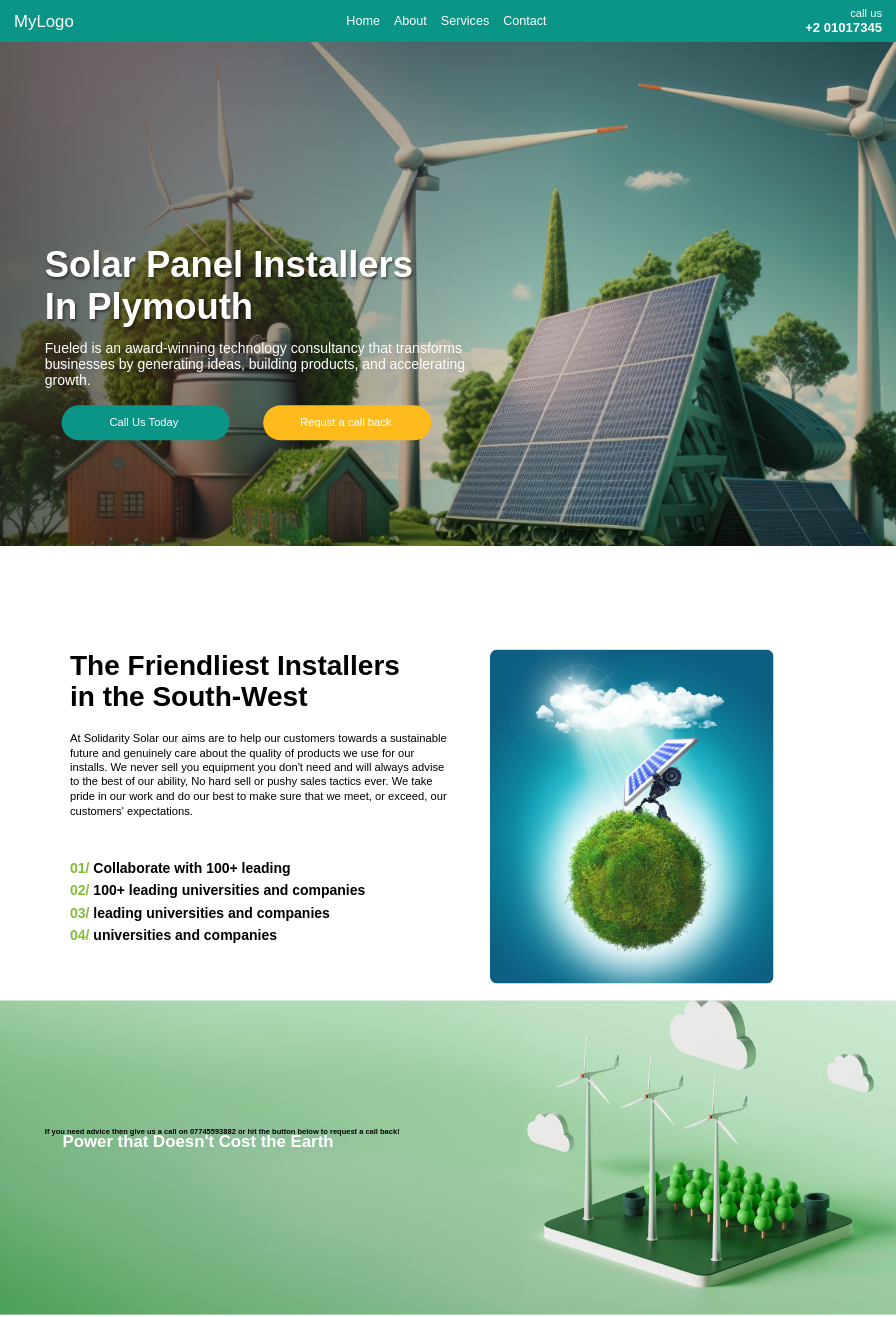
Repository: MaramNabil872/Landing-Page
Page: landingPage.html
The author's editor kept a copy of each file at every save. The page is drawn from the files as they stood at one save, then again after the next save.
The browser window is 1280 px wide. The pictures show the whole page, at 70% of full size.

Above is the page before, as saved 2024-10-20 21:39:54.

### landingPage.html
<!DOCTYPE html>
<html lang="en">
    <head>
        <meta charset="UTF-8" />
        <meta name="viewport" content="width=device-width, initial-scale=1.0" />
        <title>Landing Page</title>
        <link rel="stylesheet" href="landingPage.css" />
    </head>
    <body>
        <nav class="navbar">
            <div class="logo">MyLogo</div>

            <ul class="nav-links">
                <li><a href="#home">Home</a></li>
                <li><a href="#about">About</a></li>
                <li><a href="#services">Services</a></li>
                <li><a href="#contact">Contact</a></li>
            </ul>
            <div class="call">
                <p>call us</p>
                <h3>+2 01017345</h3>
            </div>
        </nav>

        <div class="image-container">
            <img
                src="images/solar-panels-meadow 1.png"
                alt="Background Image"
                class="background-image"
            />
            <div class="main-text">
                <h2 class="text-wallpaper">
                    Solar Panel Installers <br />
                    In Plymouth
                </h2>
                <br />
                <p class="text-paragraph">
                    Fueled is an award-winning technology consultancy that
                    transforms <br />
                    businesses by generating ideas, building products, and
                    accelerating<br />
                    growth.
                </p>
                <div class="button-container">
                    <button class="button-wallpaper1">Call Us Today</button>
                    <button class="button-wallpaper2">
                        Requst a call back
                    </button>
                </div>
            </div>
        </div>

        <!-- first container -->

        <div class="container1">
            <div class="text-container1">
                <p class="title-container1">
                    The Friendliest Installers <br />in the South-West
                </p>
                <p class="paragraph-container1">
                    At Solidarity Solar our aims are to help our customers
                    towards a sustainable future and genuinely care about the
                    quality of products we use for our installs. We never sell
                    you equipment you don't need and will always advise to the
                    best of our ability, No hard sell or pushy sales tactics
                    ever. We take pride in our work and do our best to make sure
                    that we meet, or exceed, our customers' expectations.
                </p>
                <div class="last-container1">
                    <p>
                        <span class="number-container1">01/ </span>Collaborate
                        with 100+ leading
                    </p>
                    <p>
                        <span class="number-container1">02/ </span> 100+ leading
                        universities and companies
                    </p>
                    <p>
                        <span class="number-container1">03/ </span> leading
                        universities and companies
                    </p>
                    <p>
                        <span class="number-container1">04/ </span> universities
                        and companies
                    </p>
                </div>
            </div>
            <div class="image-container1">
                <img src="images/Rectangle 30.png" alt="solar" />
            </div>
        </div>

        <!-- second section -->

        <div class="section2">
            <img src="images/middle.png" alt="img">
            <div class="main-text">
                <h2 class="section2-text">Power that Doesn't Cost the Earth</h2>
              <h6 >If you need advice then give us a call on 07745593882 or hit the button below to request a call back!</h6>
            </div>
        </div>
    </body>
</html>

### landingPage.css
* {
    margin: 0;
    padding: 0;
    box-sizing: border-box; /* Added for consistent sizing */
}

body {
    font-family: Arial, sans-serif;
}
@media (max-width: 480px) {
    .text-overlay {
        font-size: 1.2rem; /* Even smaller text size for very small screens */
    }

    .call h3 {
        font-size: 1.2rem; /* Adjust call size for small screens */
    }
}

.navbar {
    background-color: #0b9586;
    display: flex;
    justify-content: space-between;
    align-items: center;
    padding: 10px 20px;
    position: relative;
    flex-wrap: wrap; /* Allow items to wrap on smaller screens */
}

.logo {
    color: #fff;
    font-size: 24px;
}

.nav-links {
    list-style: none;
    display: flex;
    flex-wrap: wrap; /* Allow links to wrap on smaller screens */
}

.nav-links li {
    margin-left: 20px;
}

.nav-links a {
    text-decoration: none;
    color: white;
    font-size: 18px;
    transition: color 0.3s;
}

.nav-links a:hover {
    color: #f0a500;
}

.call {
    color: #fff;
    text-align: right; /* Align text to the right */
}

.image-container {
    position: relative;
    width: 100%;
    height: 100vh;
    overflow: hidden;
}

.background-image {
    width: 100%;
    height: 100%;
    object-fit: cover;
}
.main-text{
    position: absolute;
    top: 40%;
    left:5%;
}
.text-wallpaper {


    color: white;
    font-size: 52px;
    font-weight: bold;
    text-shadow: 2px 2px 4px rgba(0, 0, 0, 0.5);
}
.text-paragraph{
    color: white;
    font-size:  20px;

}
.button-container{
    display: flex;
}
.button-wallpaper1 {
    background-color: #0b9586;
    color: white;
    border: none;
    border-radius: 20em;
    padding: 0.8em 1.5em 0.8em 1.2em;
    width: 40%;
    margin: 4%;
    height: 50px;
    font-size: 16px;
    cursor: pointer;
    align-items: center;

}
.button-wallpaper2 {
    background-color:  #FFBB1C;
    ;
    color: white;
    border: none;
    border-radius: 20em;
    padding: 0.8em 1.5em 0.8em 1.2em;
    width: 40%;
    margin: 4%;
    height: 50px;
    font-size: 16px;
    cursor: pointer;
    align-items: center;

}

.container1 {
    display: flex;
    background-color: white;
    padding-top: 10%;
    border-radius: 8px;
    max-width: 1200px;
    margin: 20px auto;


}
.title-container1{
    font-size: 40px;
    font-weight: bold;


}
.text-container1 {
   flex:1;
    padding-right:5%;
padding-left: 5%;}
.paragraph-container1{
    margin-top: 5%;
    line-height: 1.3;
}

.last-container1{
    font-size: 20px;
    font-weight: bold;
    padding-top: 10%;
    line-height: 1.6;
    .number-container1{
        color:#84BD3A;
        ;
    }
}
.image-container1 {
   flex:1
}

.image-container1 img {
    width: 75%;
    height: auto;
    border-radius: 8px;
}


.section2 {
    position: relative;
    width: 100%;
    overflow: hidden;
}

.section2 img {
    width: 100%;
    height: auto; }

.section2-text {
    position: absolute;
    top: 50%;
    left:5%;
    color: white;
    text-align: center;

}
/* Media Queries for Responsiveness */
@media (max-width: 768px) {
    .navbar {
        flex-direction: column; /* Stack items vertically */
        align-items: flex-start; /* Align items to the left */
    }

    .nav-links {
        margin-top: 10px; /* Space between navbar and links */
    }

    .nav-links li {
        margin-left: 0;
        margin-bottom: 10px; /* Space between links */
    }

    .text-overlay {
        font-size: 1.5rem; /* Smaller text size for mobile */
    }
}

After the next save:
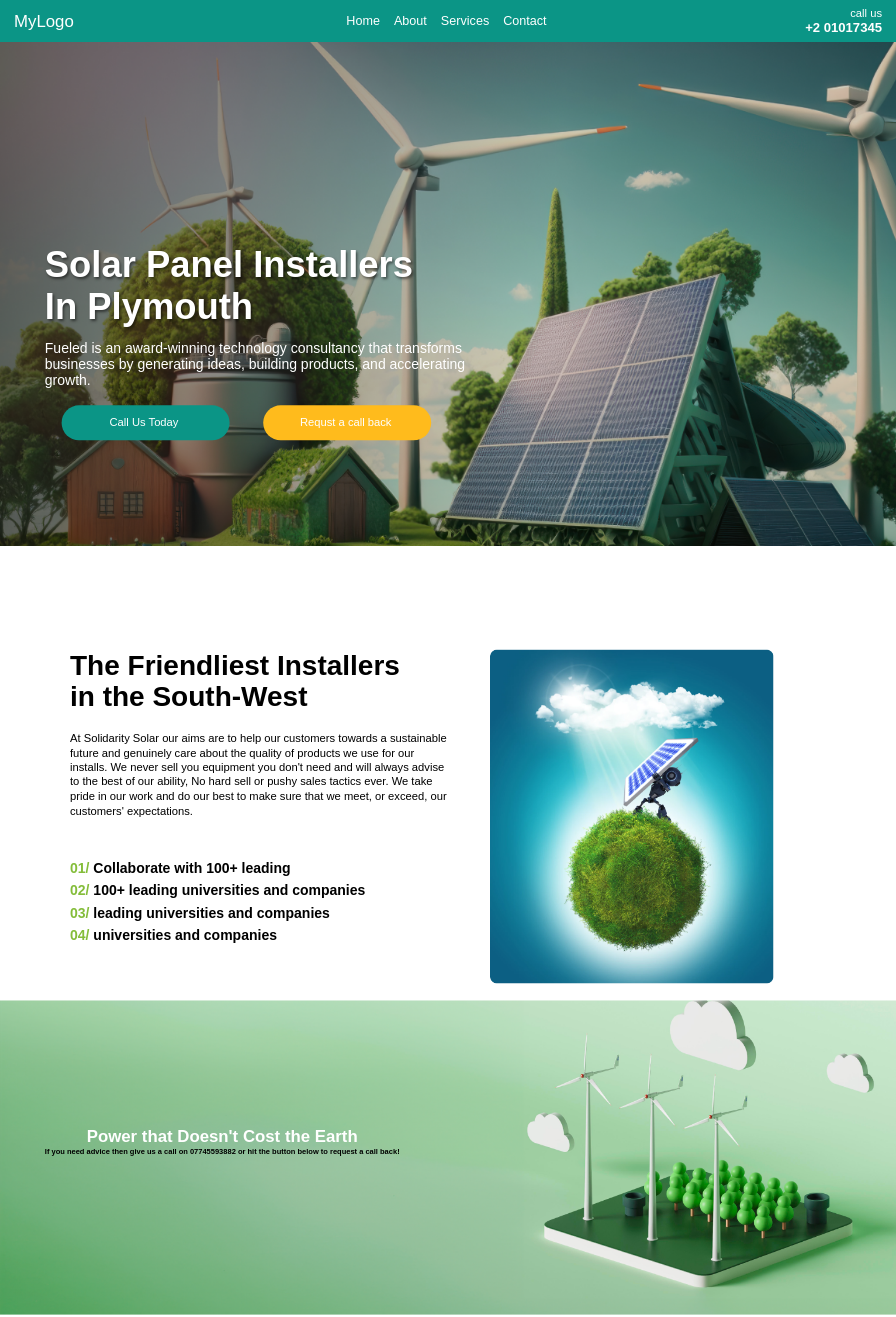
Saved 8 s later.
--- a/landingPage.css
+++ b/landingPage.css
@@ -178,8 +178,7 @@ padding-left: 5%;}
     height: auto; }
 
 .section2-text {
-    position: absolute;
-    top: 50%;
+
     left:5%;
     color: white;
     text-align: center;

After the save that followed:
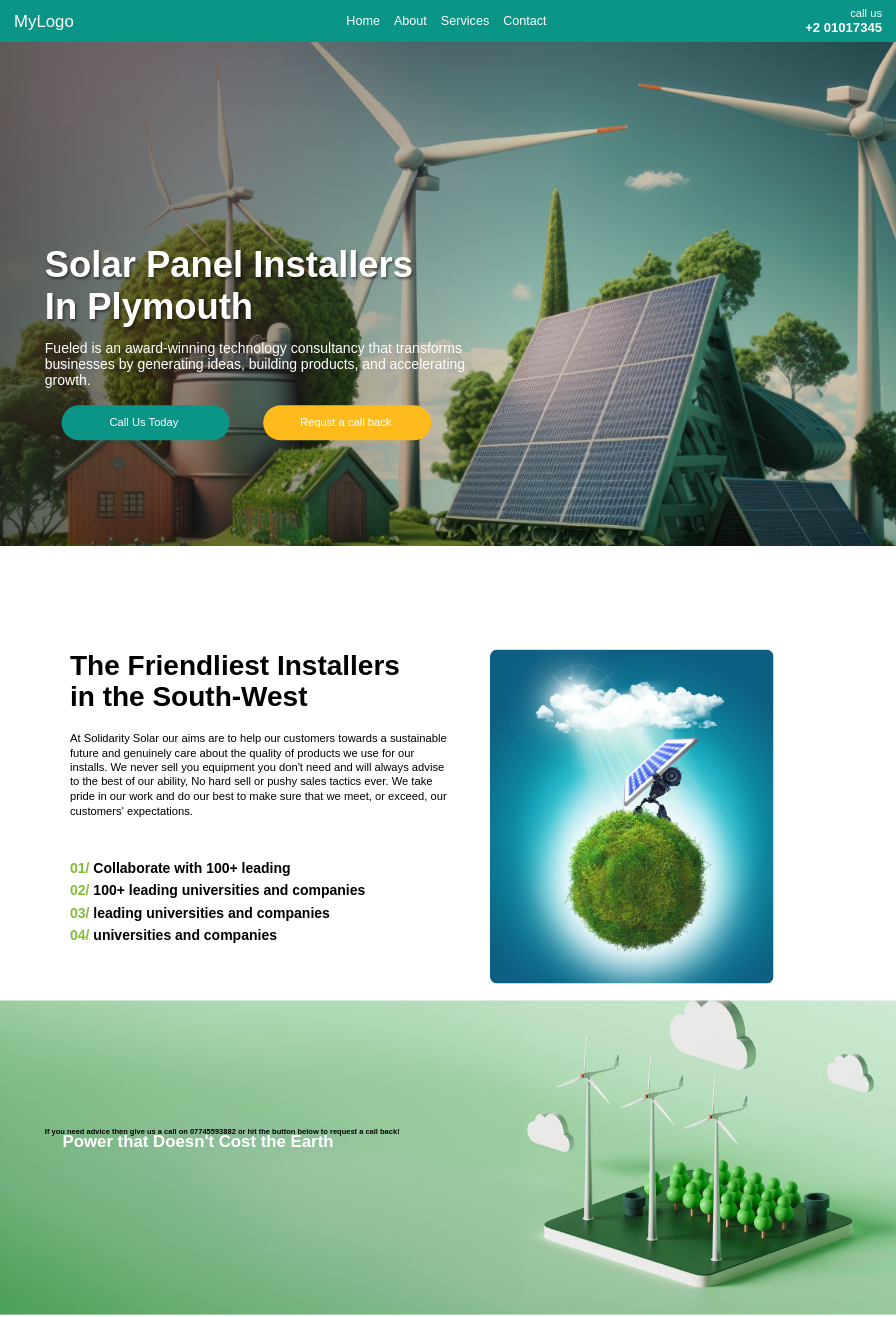
Saved 7 s later.
--- a/landingPage.css
+++ b/landingPage.css
@@ -178,7 +178,8 @@ padding-left: 5%;}
     height: auto; }
 
 .section2-text {
-
+    position: absolute;
+    top: 50%;
     left:5%;
     color: white;
     text-align: center;
